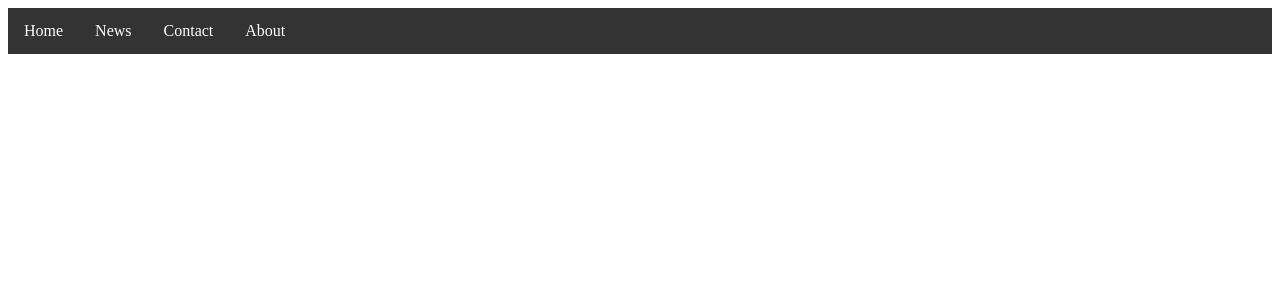
Repository: ManuArugollu1/meetingoraganizer1
Page: http://localhost/Meeting_Organizer/
These files come from the project's save history. The page is drawn as it stood at one moment and after the next save; the edit follows.
The browser window is 1280 px wide. The pictures show the whole page.
The page is served by Tomcat 9.

Above is the page before, as saved 2019-10-01 05:59:50.

After the next save:
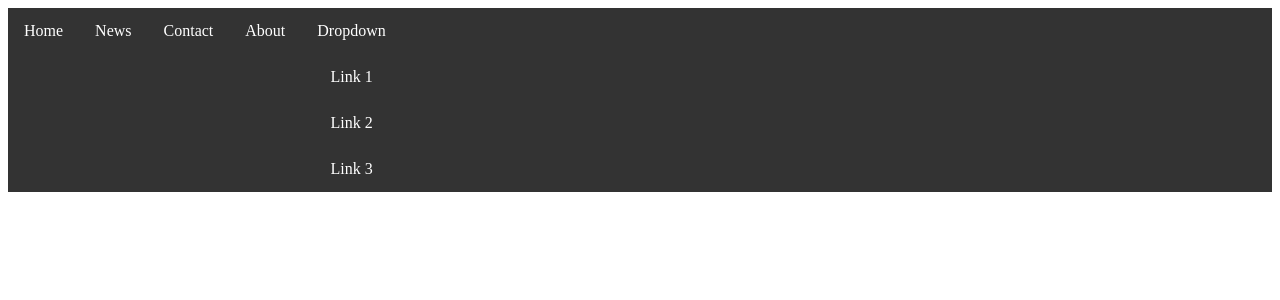
Saved 2 min 23 s later.
--- a/Meeting Organizer/WebContent/index.jsp
+++ b/Meeting Organizer/WebContent/index.jsp
@@ -33,9 +33,17 @@
 
 <ul>
   <li><a class="active" href="#home">Home</a></li>
-  <li><a href="#news">News</a></li>
+  <li><a href="">News</a></li>
   <li><a href="#contact">Contact</a></li>
   <li><a href="#about">About</a></li>
+   <li class="dropdown">
+    <a href="javascript:void(0)" class="dropbtn">Dropdown</a>
+    <div class="dropdown-content">
+      <a href="#">Link 1</a>
+      <a href="#">Link 2</a>
+      <a href="#">Link 3</a>
+    </div>
+  </li>
 </ul>
 
 </body>

After the save that followed:
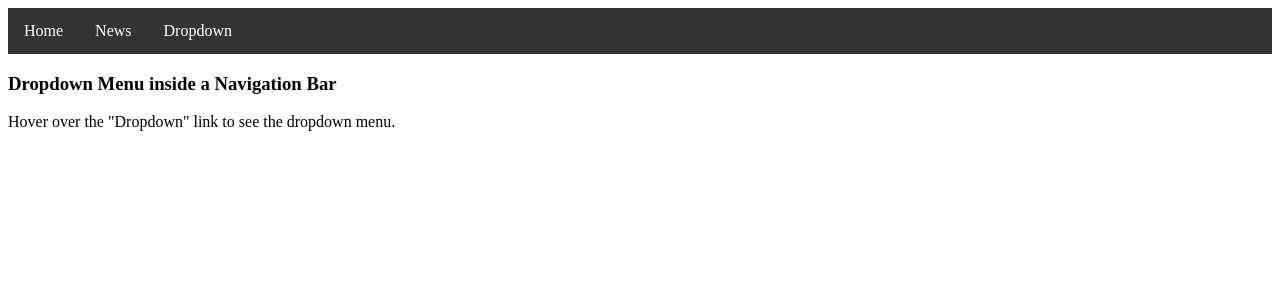
Saved 52 s later.
--- a/Meeting Organizer/WebContent/index.jsp
+++ b/Meeting Organizer/WebContent/index.jsp
@@ -16,27 +16,52 @@
   float: left;
 }
 
-li a {
-  display: block;
+li a, .dropbtn {
+  display: inline-block;
   color: white;
   text-align: center;
   padding: 14px 16px;
   text-decoration: none;
 }
 
-li a:hover {
-  background-color: #111;
+li a:hover, .dropdown:hover .dropbtn {
+  background-color: red;
+}
+
+li.dropdown {
+  display: inline-block;
+}
+
+.dropdown-content {
+  display: none;
+  position: absolute;
+  background-color: #f9f9f9;
+  min-width: 160px;
+  box-shadow: 0px 8px 16px 0px rgba(0,0,0,0.2);
+  z-index: 1;
+}
+
+.dropdown-content a {
+  color: black;
+  padding: 12px 16px;
+  text-decoration: none;
+  display: block;
+  text-align: left;
+}
+
+.dropdown-content a:hover {background-color: #f1f1f1;}
+
+.dropdown:hover .dropdown-content {
+  display: block;
 }
 </style>
 </head>
 <body>
 
 <ul>
-  <li><a class="active" href="#home">Home</a></li>
-  <li><a href="">News</a></li>
-  <li><a href="#contact">Contact</a></li>
-  <li><a href="#about">About</a></li>
-   <li class="dropdown">
+  <li><a href="#home">Home</a></li>
+  <li><a href="#news">News</a></li>
+  <li class="dropdown">
     <a href="javascript:void(0)" class="dropbtn">Dropdown</a>
     <div class="dropdown-content">
       <a href="#">Link 1</a>
@@ -46,5 +71,8 @@
   </li>
 </ul>
 
+<h3>Dropdown Menu inside a Navigation Bar</h3>
+<p>Hover over the "Dropdown" link to see the dropdown menu.</p>
+
 </body>
 </html>
